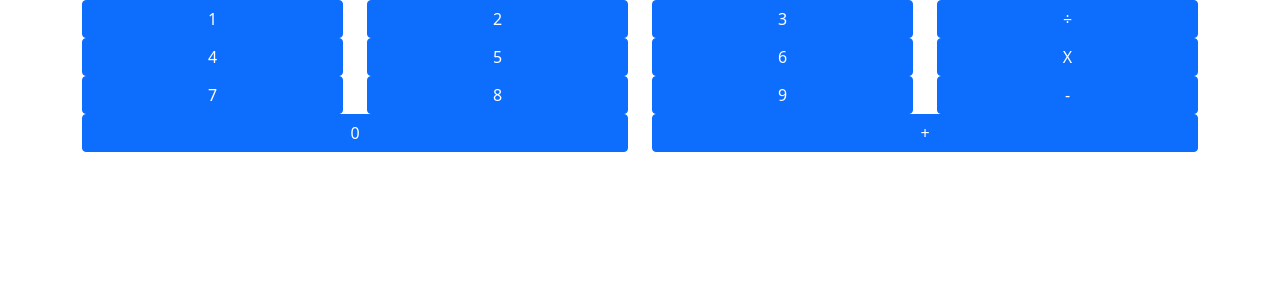
Repository: jsakdalan/CalculatorReactTypescript
Page: /
These files come from the project's save history. The page is drawn as it stood at one moment and after the next save; the edit follows.
The browser window is 1280 px wide. The pictures show the whole page.
The project was rebuilt for these pictures with package versions that can differ from the ones it lists, and the page was loaded fresh each time. Also part of the build but not shown: src/App.css.

Above is the page before, as saved 2022-06-07 15:49:05.

After the next save:
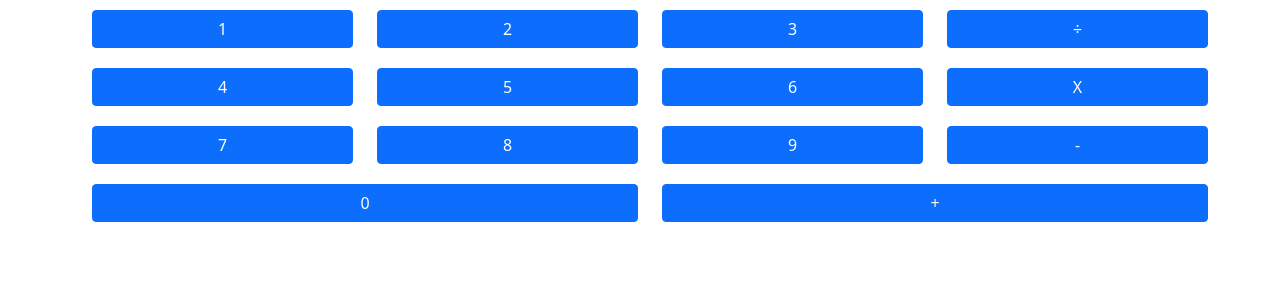
Saved 16 s later.
--- a/src/pages/Calculator.css
+++ b/src/pages/Calculator.css
@@ -1,7 +1,9 @@
 .numerical{
     width: 100%;
+    margin: 10px;
 }
 
 .operational{
     width: 100%;
+    margin: 10px;
 }
